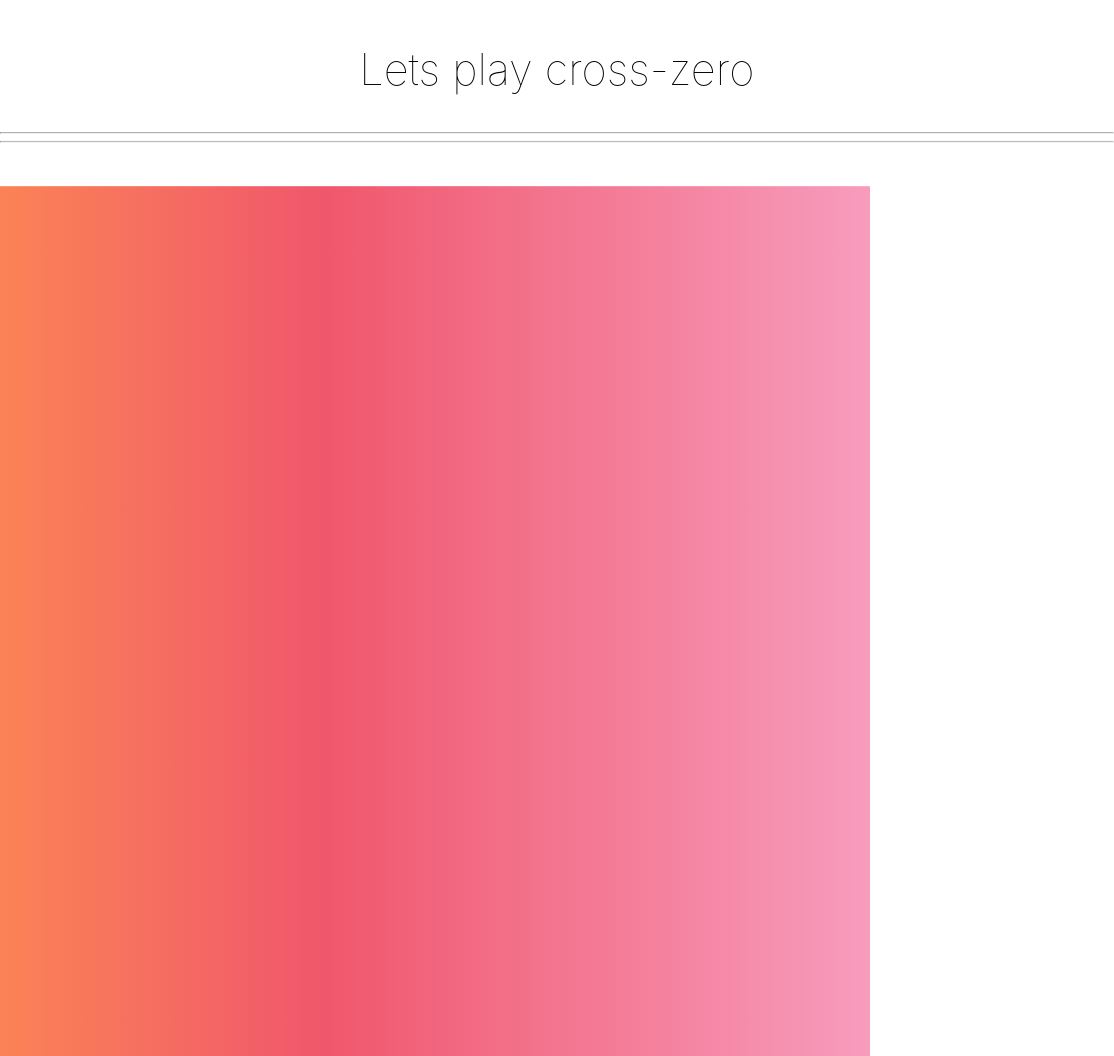
Repository: PGVlasov/cross-zero-game
Page: /
The author's editor kept a copy of each file at every save. The page is drawn from the files as they stood at one save, then again after the next save.
The browser window is 1280 px wide. The pictures show the whole page, at 87% of full size.
The project was rebuilt for these pictures with package versions that can differ from the ones it lists, and the page was loaded fresh each time. Also part of the build but not shown: webpack.config.js, src/Containers/Field/Field.module.css, src/Containers/Field/Field.js.

Above is the page before, as saved 2020-11-26 15:37:05.

After the next save:
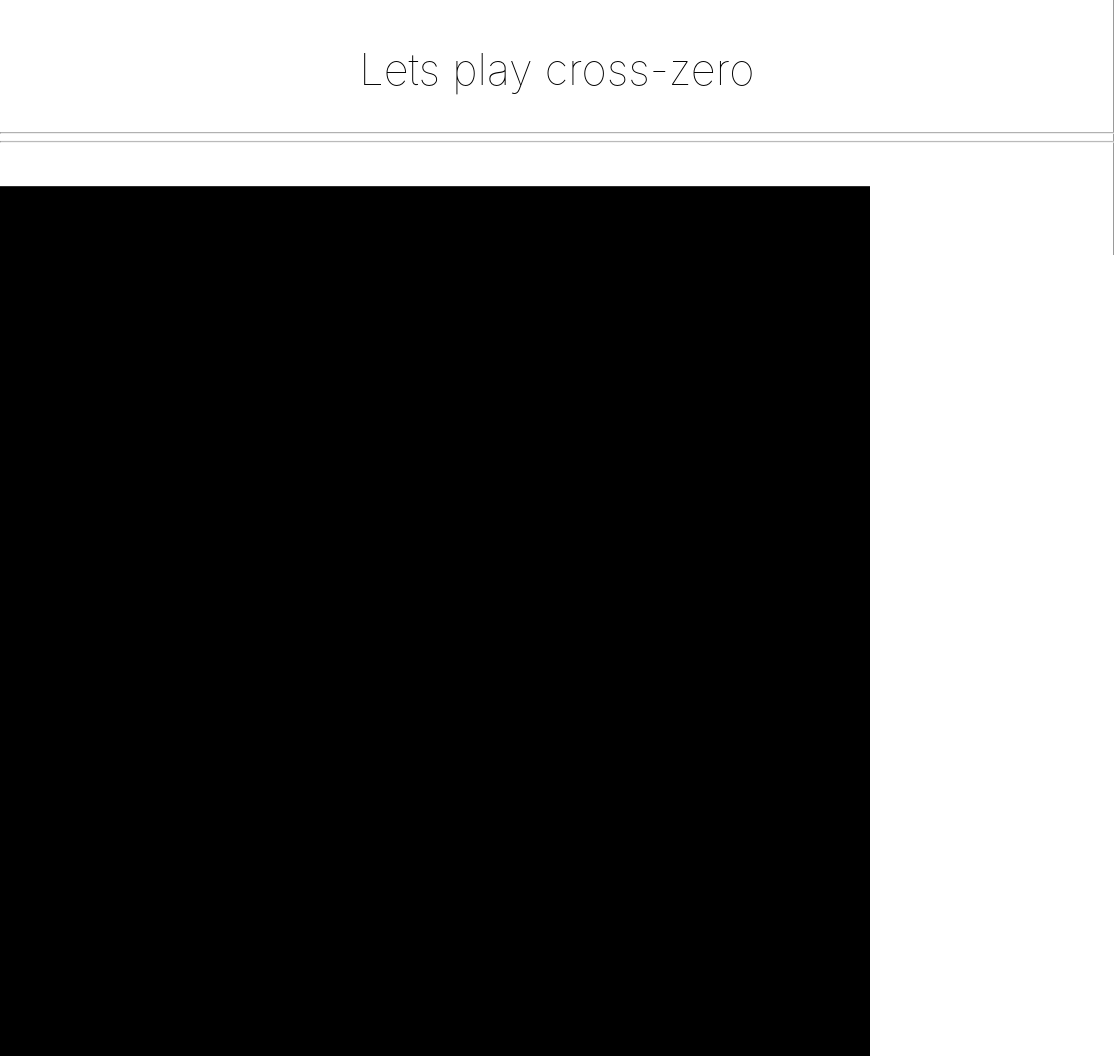
Saved 86 s later.
--- a/src/Containers/Field/Field1.module.css
+++ b/src/Containers/Field/Field1.module.css
@@ -6,7 +6,7 @@
   justify-content: center;
   margin-top: 50px;
   font-size: 500;
-  background: linear-gradient(90deg, #fb8355 0%, #f0576c 37%, #f79cbd 100%);
+  background: black;
   align-items: center;
 }
 
@@ -15,4 +15,5 @@
   height: 50px;
   font-size: 500;
   border: white 1px solid;
+  background: linear-gradient(90deg, #fb8355 0%, #f0576c 37%, #f79cbd 100%);
 }

After the save that followed:
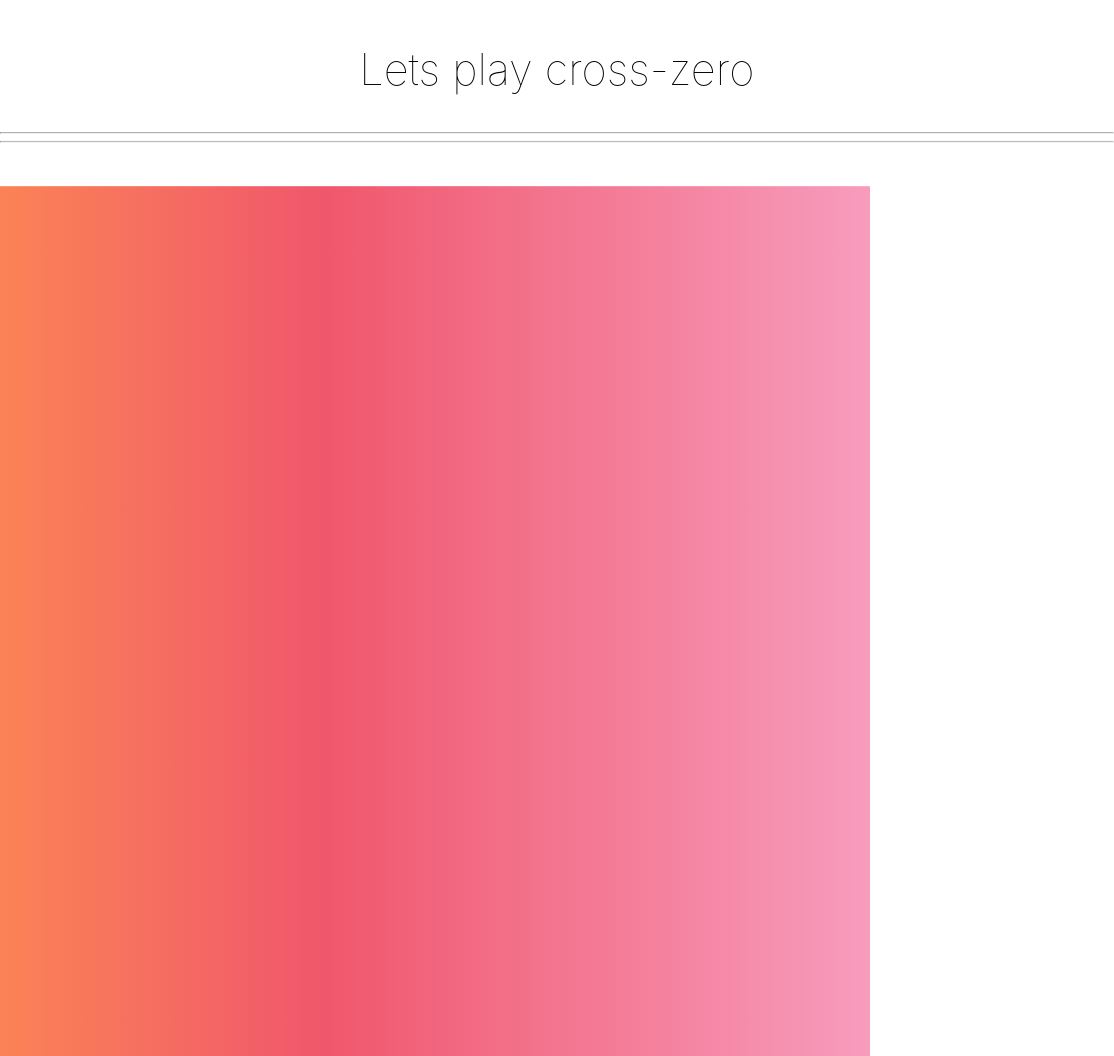
Saved 53 s later.
--- a/src/Containers/Field/Field1.module.css
+++ b/src/Containers/Field/Field1.module.css
@@ -6,8 +6,9 @@
   justify-content: center;
   margin-top: 50px;
   font-size: 500;
-  background: black;
+  background: linear-gradient(90deg, #fb8355 0%, #f0576c 37%, #f79cbd 100%);
   align-items: center;
+  flex-wrap: wrap;
 }
 
 .Field1 table {
